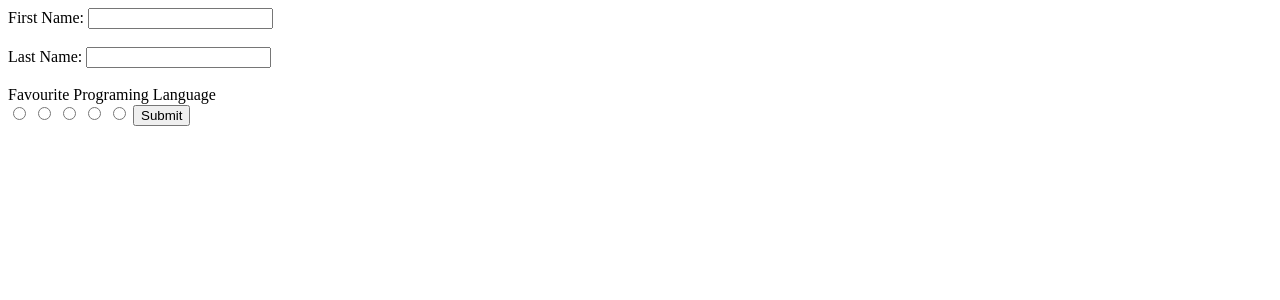
Repository: rohanbhavare1234/BikeServiceWorkspace
Page: eclipse-workspace/jspdemo/WebContent/student-checkbox-form.html
These files come from the project's save history. The page is drawn as it stood at one moment and after the next save; the edit follows.
The browser window is 1280 px wide. The pictures show the whole page.

Above is the page before, as saved 2023-04-09 12:57:48.

After the next save:
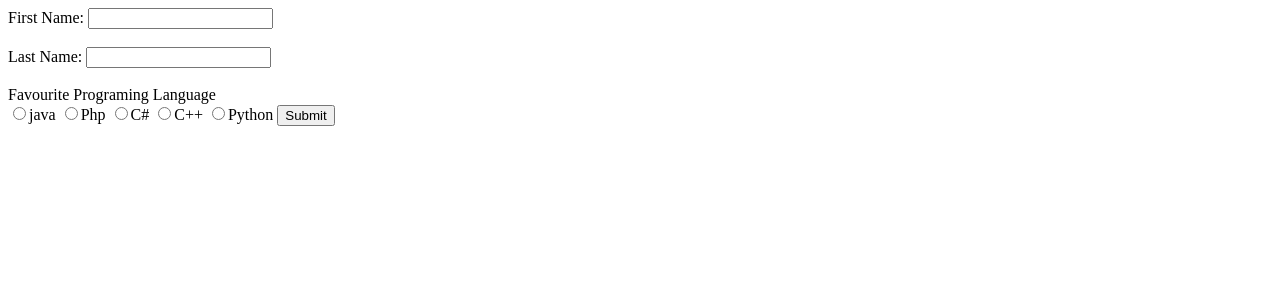
Saved 103 s later.
--- a/eclipse-workspace/jspdemo/WebContent/student-checkbox-form.html
+++ b/eclipse-workspace/jspdemo/WebContent/student-checkbox-form.html
@@ -9,11 +9,11 @@ Last Name: <input type="text" name="lastName"/>
 <br/><br/>
 
 Favourite Programing Language<br/>
-<input type="radio" name="favoriteLanguage" value="java"/>
-<input type="radio" name="favoriteLanguage" value="Php"/>
-<input type="radio" name="favoriteLanguage" value="C#"/>
-<input type="radio" name="favoriteLanguage" value="C++"/>
-<input type="radio" name="favoriteLanguage" value="Python"/>
+<input type="radio" name="favoriteLanguage" value="java">java
+<input type="radio" name="favoriteLanguage" value="Php">Php
+<input type="radio" name="favoriteLanguage" value="C#">C#
+<input type="radio" name="favoriteLanguage" value="C++">C++
+<input type="radio" name="favoriteLanguage" value="Python">Python
 
 <input type="submit" value="Submit"/>
 </form>
